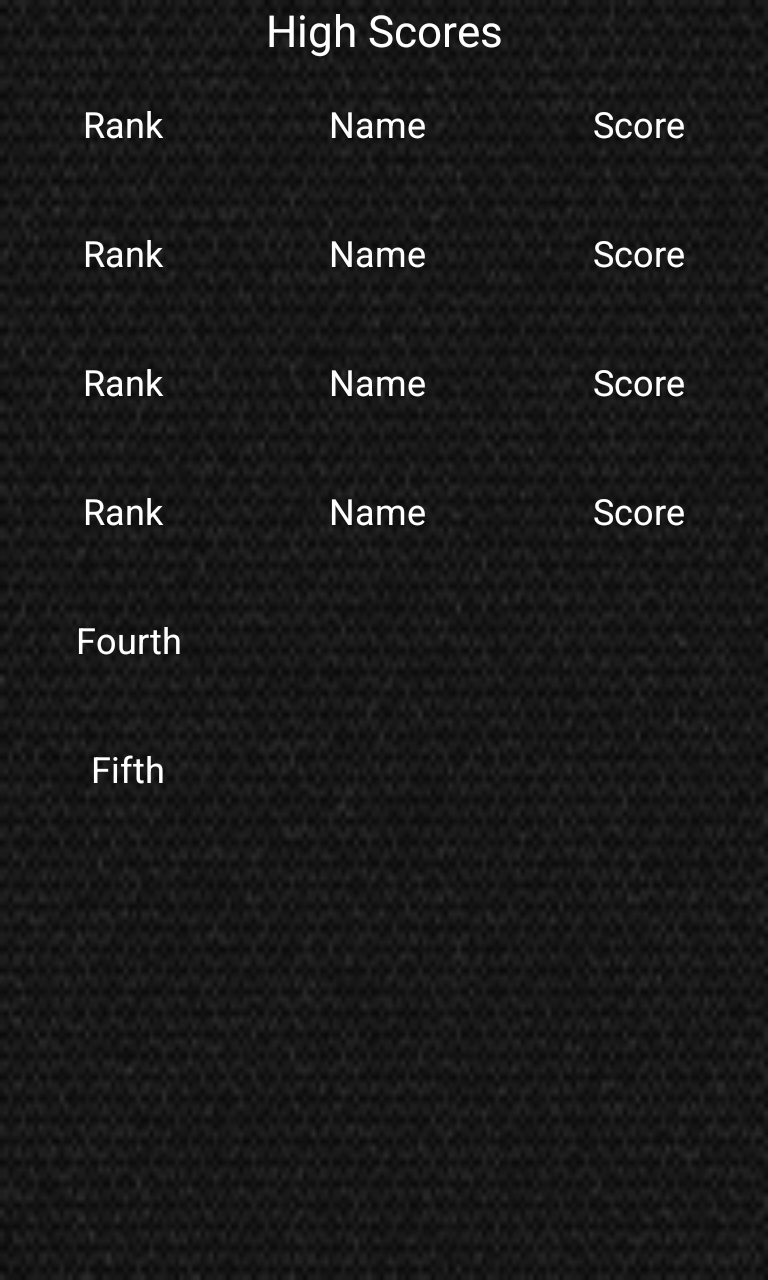
Repository: Tacohen/Killbots
Layout: Killbots/res/layout/high_scores.xml
These files come from the project's save history. The layout is drawn as it stood at one moment and after the next save; the edit follows.
It is drawn on a 768 x 1280 px phone screen (xhdpi) without system bars, with theme AppTheme; the app's code is not run.

Above is the layout before, as saved 2013-12-08 01:51:42.

After the next save:
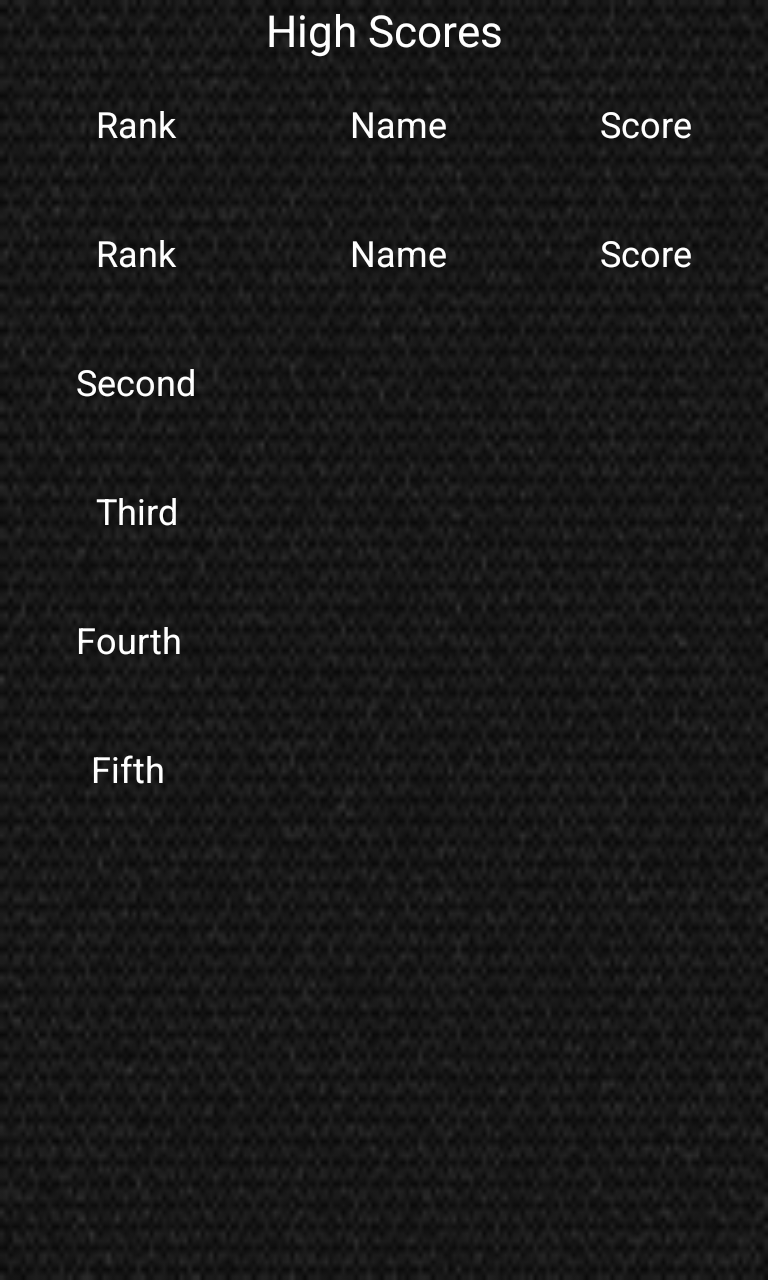
Saved 31 s later.
--- a/Killbots/res/layout/high_scores.xml
+++ b/Killbots/res/layout/high_scores.xml
@@ -89,7 +89,7 @@
 
             <TextView
             android:id="@+id/rankText2"
-            android:text="Rank"
+            android:text="Second"
             android:layout_weight="1"
             android:textAppearance="?android:attr/textAppearanceMedium"
             android:textColor="#FFFFFF"
@@ -97,7 +97,7 @@
 
         <TextView
             android:id="@+id/nameText2"
-            android:text="Name"
+            android:text=""
             android:layout_weight="1"
             android:textAppearance="?android:attr/textAppearanceMedium"
             android:textColor="#FFFFFF"
@@ -106,7 +106,7 @@
 
         <TextView
             android:id="@+id/scoreText2"
-            android:text="Score"
+            android:text=""
             android:layout_weight="1"
             android:textAppearance="?android:attr/textAppearanceMedium"
             android:textColor="#FFFFFF"
@@ -119,7 +119,7 @@
             android:layout_height="wrap_content" >
         <TextView
             android:id="@+id/rankText3"
-            android:text="Rank"
+            android:text="Third"
             android:layout_weight="1"
             android:textAppearance="?android:attr/textAppearanceMedium"
             android:textColor="#FFFFFF"
@@ -127,7 +127,7 @@
 
         <TextView
             android:id="@+id/nameText3"
-            android:text="Name"
+            android:text=""
             android:layout_weight="1"
             android:textAppearance="?android:attr/textAppearanceMedium"
             android:textColor="#FFFFFF"
@@ -136,7 +136,7 @@
 
         <TextView
             android:id="@+id/scoreText3"
-            android:text="Score"
+            android:text=""
             android:layout_weight="1"
             android:textAppearance="?android:attr/textAppearanceMedium"
             android:textColor="#FFFFFF"
